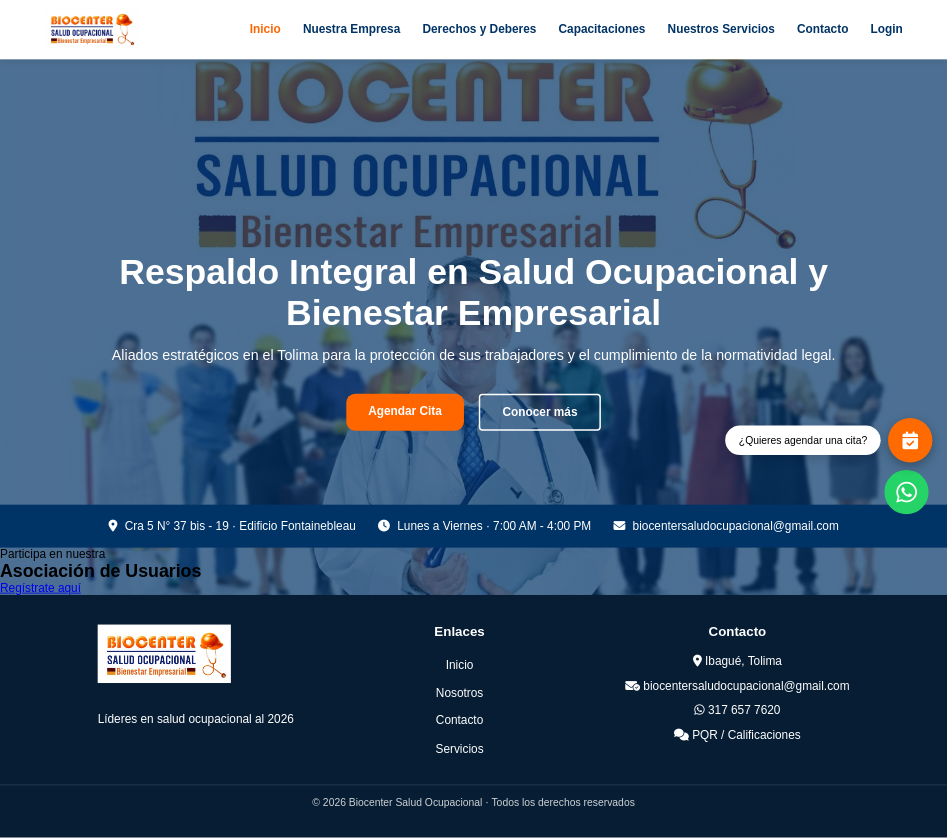
Repository: Miguelperdomo/Biocenter
Page: index.html
An editor plug-in stored every save of this project. The page is shown before and after the next save, followed by the edit.
The browser window is 1280 px wide. The pictures show the whole page, at 74% of full size.

Above is the page before, as saved 2026-02-19 14:08:18.

### index.html
<!DOCTYPE html>
<html lang="es">
<head>
    <meta charset="UTF-8">
    <meta name="viewport" content="width=device-width, initial-scale=1.0">
    <link rel="icon" href="imagenes/logo-biocenter.png" type="image/png">
    <title>Biocenter Salud Ocupacional | Bienestar Empresarial</title>
    <meta name="description" content="Especialistas en salud ocupacional y bienestar integral en el Tolima.">
    <link rel="stylesheet" href="diseno/style.css">
    <link rel="stylesheet"
          href="https://cdnjs.cloudflare.com/ajax/libs/font-awesome/6.5.1/css/all.min.css">
</head>

<!-- ================= INCIO DEL PQR  ================= -->
<div class="pqr-modal" id="pqrModal">
  <div class="pqr-box">

    <button class="pqr-close" id="closePqr">&times;</button>

    <h2>PQR y Calificaciones</h2>
    <p class="pqr-sub">
      Tu opinión es muy importante para nosotros 💙
    </p>

    <form action="PHP/enviar_pqr.php" method="POST">

      <div class="pqr-group">
        <label>Nombre completo</label>
        <input type="text" name="nombre" required>
      </div>

      <div class="pqr-group">
        <label>Correo electrónico</label>
        <input type="email" name="correo" required>
      </div>

      <div class="pqr-group">
        <label>Tipo de solicitud</label>
        <select name="tipo" required>
          <option value="">Selecciona una opción</option>
          <option>Petición</option>
          <option>Queja</option>
          <option>Reclamo</option>
          <option>Felicitación</option>
        </select>
      </div>

      <div class="pqr-group">
        <label>Mensaje</label>
        <textarea rows="4" name="mensaje" required></textarea>
      </div>

      <div class="pqr-rating">
        <span>Calificación</span>

        <div class="rating-stars">
            <input type="radio" name="rating" id="star5" value="5" required>
            <label for="star5">★</label>

            <input type="radio" name="rating" id="star4" value="4">
            <label for="star4">★</label>

            <input type="radio" name="rating" id="star3" value="3">
            <label for="star3">★</label>

            <input type="radio" name="rating" id="star2" value="2">
            <label for="star2">★</label>

            <input type="radio" name="rating" id="star1" value="1">
            <label for="star1">★</label>
        </div>
        </div>


      <button class="pqr-btn">
        <i class="fa-solid fa-paper-plane"></i> Enviar PQR
      </button>

    </form>
  </div>
</div>

        <div class="modal-overlay" id="modalConfirm">
            <div class="modal-box">
                <h3 id="modalTitle"></h3>
                    <p id="modalMsg"></p>
                        <button class="btn-primary" id="closeModal">Aceptar</button>
            </div>
        </div>



<body>


<!-- ================= FIN DEL PQR  ================= -->


<!-- ================= INCIO DEL HEADER ================= -->
<header class="menu-desplegable">
    <nav class="container">
        <div class="logo">
            <a href="index.html">
                <img src="imagenes/logo-biocenter.png" alt="Logo Biocenter">
            </a>
        </div>

        <ul class="nav-menu">
            <li><a href="index.html" class="active">Inicio</a></li>
            <li><a href="nosotros.html">Nuestra Empresa</a></li>
            <li><a href="derechos_deberes.html">Derechos y Deberes</a></li>
            <li><a href="capacitaciones.html">Capacitaciones</a></li>
            <li><a href="servicios.html">Nuestros Servicios</a></li>
            <li><a href="contacto.html">Contacto</a></li>
            <li><a href="login.php" class="btn-login">Login</a></li>
        </ul>

        <div class="nav-toggle">
            <i class="fas fa-bars"></i>
        </div>
    </nav>
</header>
<!-- ================= FIN DEL HEADER ================= -->


<!-- ================= INCIO DEL CUYERPO DE LA PAGINA  ================= -->
<section class="hero">
    <div class="hero-content container">
        <h1>Respaldo Integral en Salud Ocupacional y Bienestar Empresarial</h1>
        <p>
            Aliados estratégicos en el Tolima para la protección de sus trabajadores
            y el cumplimiento de la normatividad legal.
        </p>

        <div class="hero-buttons">
            <a href="https://wa.me/573176577620" class="btn btn-primary">Agendar Cita</a>
            <a href="contacto.html" class="btn btn-secondary">Conocer más</a>
        </div>
    </div>
</section>


<!-- ================= INFO BAR ================= -->
<section class="info-bar">
    <div class="info-container">
        <div class="info-item">
            <i class="fas fa-map-marker-alt"></i>
            <span>Cra 5 N° 37 bis - 19 · Edificio Fontainebleau</span>
        </div>

        <div class="info-item">
            <i class="fas fa-clock"></i>
            <span>Lunes a Viernes · 7:00 AM - 4:00 PM</span>
        </div>

        <div class="info-item">
            <i class="fas fa-envelope"></i>
            <span>biocentersaludocupacional@gmail.com</span>
        </div>
    </div>
</section>



<!-- ================= FIN DEL CUYERPO DE LA PAGINA  ================= -->


<!-- ================= ASOCIACIÓN USUARIOS ================= -->
<section class="asociacion">
  <div class="asociacion-container">

    <div class="asociacion-texto">
      <span>Participa en nuestra</span>
      <h2>Asociación de Usuarios</h2>
    </div>

    <a href="https://forms.gle/hYDoXNJNnH45BoCH9" target="_blank" class="btn-asociacion">
      Regístrate aquí
    </a>

  </div>
</section>


<!-- ================= INCIIO FOOTER ================= -->
<footer class="footer">
    <div class="footer-container">

        <div class="footer-col">
            <img src="imagenes/logo-biocenter.png" alt="Biocenter">
            <p>Líderes en salud ocupacional al 2026</p>
        </div>


        <div class="enlaces">
            <h4>Enlaces</h4>
            <a href="index.html">Inicio</a>
            <a href="nosotros.html">Nosotros</a>
            <a href="contacto.html">Contacto</a>
            <a href="servicios.html">Servicios</a>
        </div>

        <div>
            <h4>Contacto</h4>
            <p><a href="https://maps.app.goo.gl/pr1ibKEtwjQL5PTQ7" target="_blank" class="footer-link"><i class="fas fa-map-marker-alt"></i> Ibagué, Tolima</a></p>
            <p><a href="mailto:biocentersaludocupacional@gmail.com" class="footer-link"> <i class="fa-solid fa-envelope-circle-check"></i> biocentersaludocupacional@gmail.com </a></p>
            <p><i class="fab fa-whatsapp"></i> 317 657 7620</p>

            <!-- PQR Link -->
            <a href="#" id="openPqr" class="pqr-link">
                <i class="fa-solid fa-comments"></i> PQR / Calificaciones
            </a>
        </div>
    </div>
    <div class="footer-copy">
        © <span id="year"></span> Biocenter Salud Ocupacional · Todos los derechos reservados
    </div>
</footer>

<!-- ================= WHATSAPP ================= -->
<a href="https://wa.me/573176577620" class="whatsapp-float" target="_blank">
    <i class="fab fa-whatsapp"></i>
</a>

<!-- Botón flotante de agendar cita -->
<div class="contenedor-cita">

    <div class="mensaje-cita" id="mensajeCita">
        ¿Quieres agendar una cita?
    </div>

    <a href="formulario.php" class="btn-cita">
        <i class="fa-solid fa-calendar-check"></i>
    </a>

</div>


<!-- ================= FIN ================= -->

<!-- ================= FIN FOOTER ================= -->
<script>
  document.getElementById("year").textContent = new Date().getFullYear();
</script>


<script src="JS/main.js"></script>
<script>
window.addEventListener("load", function() {
    const mensaje = document.getElementById("mensajeCita");

    setTimeout(() => {
        mensaje.classList.add("mostrar");
    }, 1000);

    setTimeout(() => {
        mensaje.classList.remove("mostrar");
    }, 9000);
});
</script>


</body>
</html>

Loaded but not shown: JS/main.js (129 lines, source omitted); diseno/style.css (1982 lines, source omitted)

After the next save:
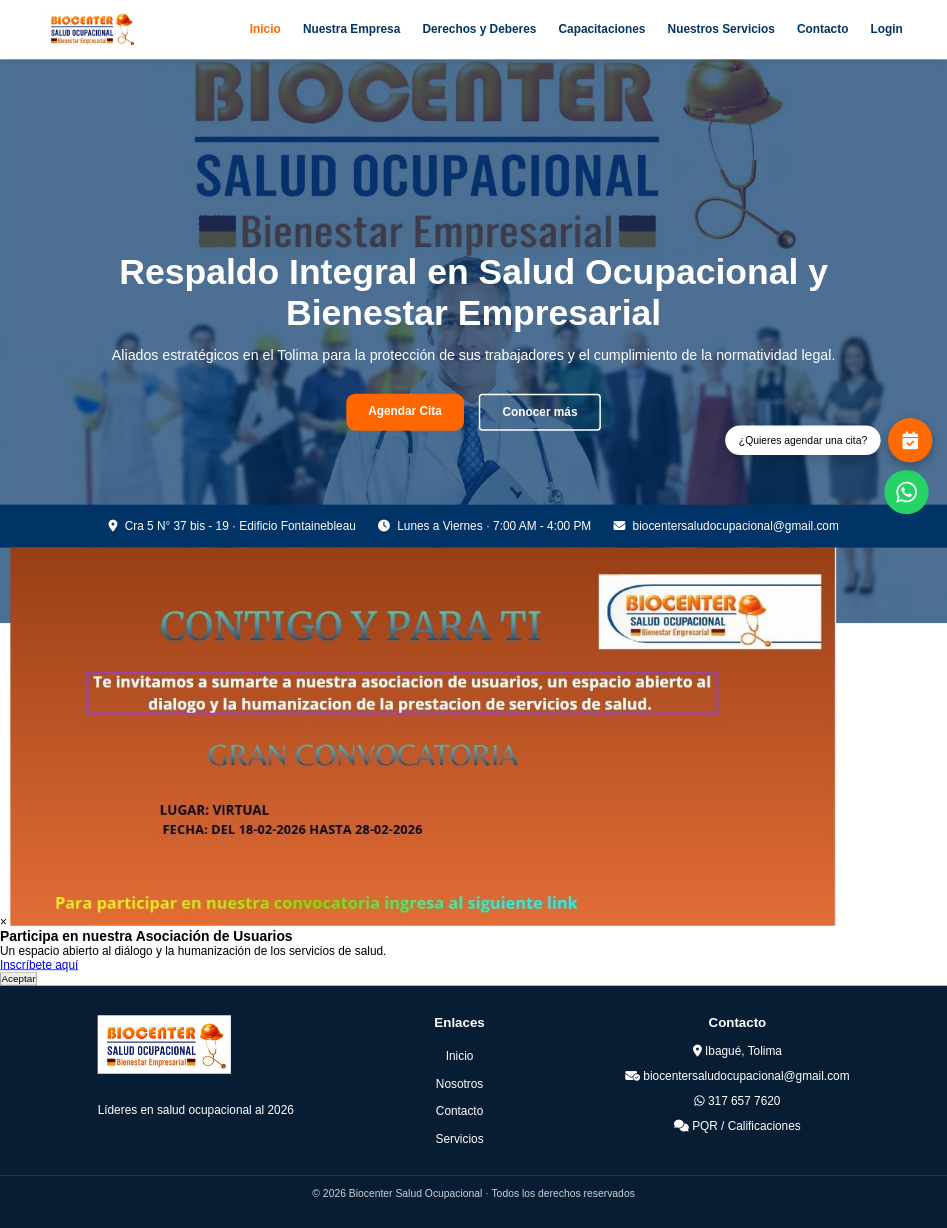
Saved 4 s later.
--- a/index.html
+++ b/index.html
@@ -164,22 +164,29 @@
 
 <!-- ================= FIN DEL CUYERPO DE LA PAGINA  ================= -->
 
-
-<!-- ================= ASOCIACIÓN USUARIOS ================= -->
-<section class="asociacion">
-  <div class="asociacion-container">
-
-    <div class="asociacion-texto">
-      <span>Participa en nuestra</span>
-      <h2>Asociación de Usuarios</h2>
-    </div>
-
-    <a href="https://forms.gle/hYDoXNJNnH45BoCH9" target="_blank" class="btn-asociacion">
-      Regístrate aquí
-    </a>
+<!-- ================= MODAL CONVOCATORIA ================= -->
+<div class="modal-convocatoria" id="modalConvocatoria">
+  <div class="modal-contenido">
+
+    <span class="cerrar-modal" id="cerrarConvocatoria">&times;</span>
+
+    <img src="imagenes/convocatoria.jpg" class="img-convocatoria">
+
+    <!-- Bloque asociación -->
+    <div class="convocatoria-cta">
+        <h3>Participa en nuestra Asociación de Usuarios</h3>
+        <p>Un espacio abierto al diálogo y la humanización de los servicios de salud.</p>
+
+        <a href="https://forms.gle/hYDoXNJNnH45BoCH9" target="_blank" class="btn-convocatoria">
+            Inscríbete aquí
+        </a>
+    </div>
+
+    <button class="btn-aceptar" id="aceptarConvocatoria">Aceptar</button>
 
   </div>
-</section>
+</div>
+
 
 
 <!-- ================= INCIIO FOOTER ================= -->
